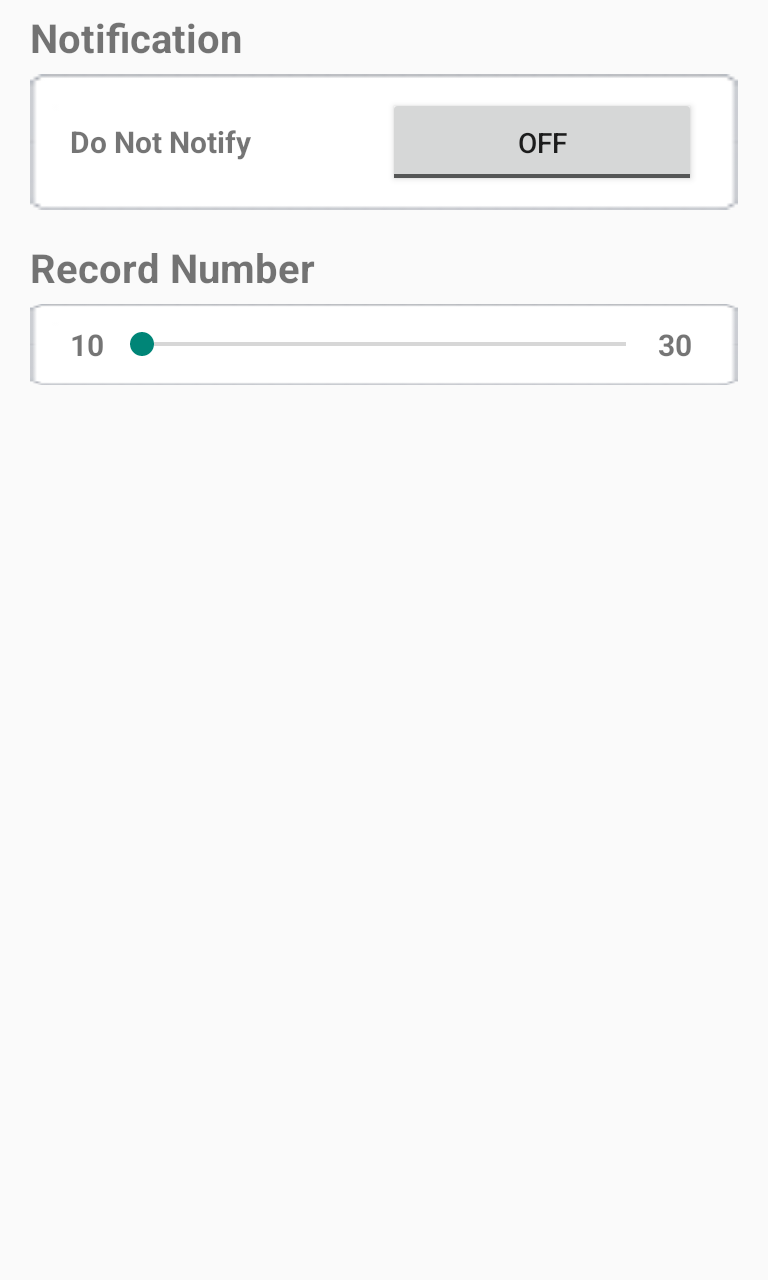
Repository: GitDidNotExitCleanly/AndroidTimer
Layout: G54MDP_Stopwatch/res/layout/fragment_settings.xml
The author's editor kept a copy of each file at every save. The layout is drawn from the files as they stood at one save, then again after the next save.
It is drawn on a 768 x 1280 px phone screen (xhdpi) without system bars, with theme AppTheme; the app's code is not run.

Above is the layout before, as saved 2015-03-07 17:22:42.

### G54MDP_Stopwatch/res/layout/fragment_settings.xml
<?xml version="1.0" encoding="utf-8"?>
<LinearLayout xmlns:android="http://schemas.android.com/apk/res/android"
    android:layout_width="match_parent"
    android:layout_height="match_parent"
    android:orientation="vertical" >

    <LinearLayout
        android:layout_width="match_parent"
        android:layout_height="wrap_content"
        android:orientation="vertical"
        android:layout_marginTop="5dp"
        android:layout_marginBottom="5dp"
        android:layout_marginLeft="15dp"
        android:layout_marginRight="15dp" >

        <TextView
            android:layout_width="wrap_content"
            android:layout_height="wrap_content"
            android:textStyle="bold"
            android:textSize="20sp"
            android:text="Notification" />

       <LinearLayout
           android:layout_width="match_parent"
           android:layout_height="wrap_content"
           android:layout_marginBottom="5dp"
           android:layout_marginTop="5dp"
           android:paddingTop="10dp"
           android:paddingBottom="10dp"
           android:paddingLeft="20dp"
           android:paddingRight="20dp"
           android:background="@drawable/settings_border"
           android:orientation="horizontal" >

            <TextView
                android:layout_width="wrap_content"
                android:layout_height="wrap_content"
                android:layout_weight="1"
                android:textStyle="bold"
                android:textSize="15sp"
                android:text="Do Not Notify" />

            <ToggleButton
                android:id="@+id/do_not_notify"
                android:layout_width="wrap_content"
                android:layout_height="wrap_content"
                android:layout_weight="1"
                android:checked="false"
                android:text="ToggleButton" />

        </LinearLayout>

    </LinearLayout>

    <LinearLayout
        android:layout_width="match_parent"
        android:layout_height="wrap_content"
        android:orientation="vertical"
        android:layout_marginTop="5dp"
        android:layout_marginBottom="5dp"
        android:layout_marginLeft="15dp"
        android:layout_marginRight="15dp" >

         <TextView
            android:layout_width="wrap_content"
            android:layout_height="wrap_content"
            android:textStyle="bold"
            android:textSize="20sp"
            android:text="Record Number" />

        <LinearLayout
            android:layout_width="match_parent"
            android:layout_height="wrap_content"
            android:layout_marginBottom="5dp"
            android:layout_marginTop="5dp"
            android:background="@drawable/settings_border"
            android:gravity="center"
            android:orientation="horizontal"
            android:paddingTop="10dp"
            android:paddingBottom="10dp"
            android:paddingLeft="20dp"
            android:paddingRight="20dp" >

            <TextView
                android:layout_width="20dp"
                android:layout_height="wrap_content"
                android:textStyle="bold"
                android:textSize="15sp"
                android:text="10" />

            <SeekBar
                android:id="@+id/record_number_seekbar"
                android:layout_width="fill_parent"
                android:layout_height="wrap_content"
                android:layout_weight="1" />

            <TextView
                android:layout_width="20dp"
                android:layout_height="wrap_content"
                android:textStyle="bold"
                android:textSize="15sp"
                android:text="30" />

        </LinearLayout>

    </LinearLayout>

</LinearLayout>

Loaded but not shown: G54MDP_Stopwatch/res/values/styles.xml (common file); G54MDP_Stopwatch/res/values-v11/styles.xml (common file); G54MDP_Stopwatch/res/values-v14/styles.xml (common file)

After the next save:
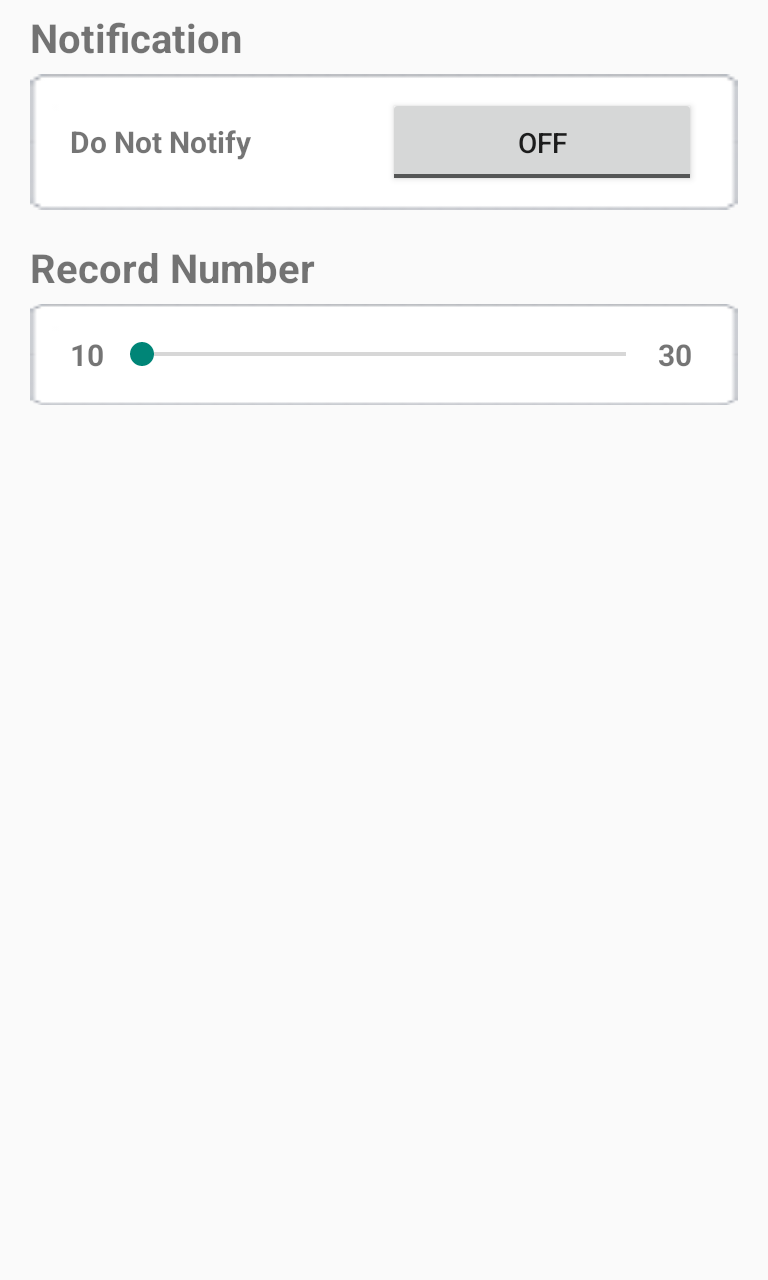
Saved 20 s later.
--- a/G54MDP_Stopwatch/res/layout/fragment_settings.xml
+++ b/G54MDP_Stopwatch/res/layout/fragment_settings.xml
@@ -76,8 +76,8 @@
             android:background="@drawable/settings_border"
             android:gravity="center"
             android:orientation="horizontal"
-            android:paddingTop="10dp"
-            android:paddingBottom="10dp"
+            android:paddingTop="15dp"
+            android:paddingBottom="15dp"
             android:paddingLeft="20dp"
             android:paddingRight="20dp" >
 
